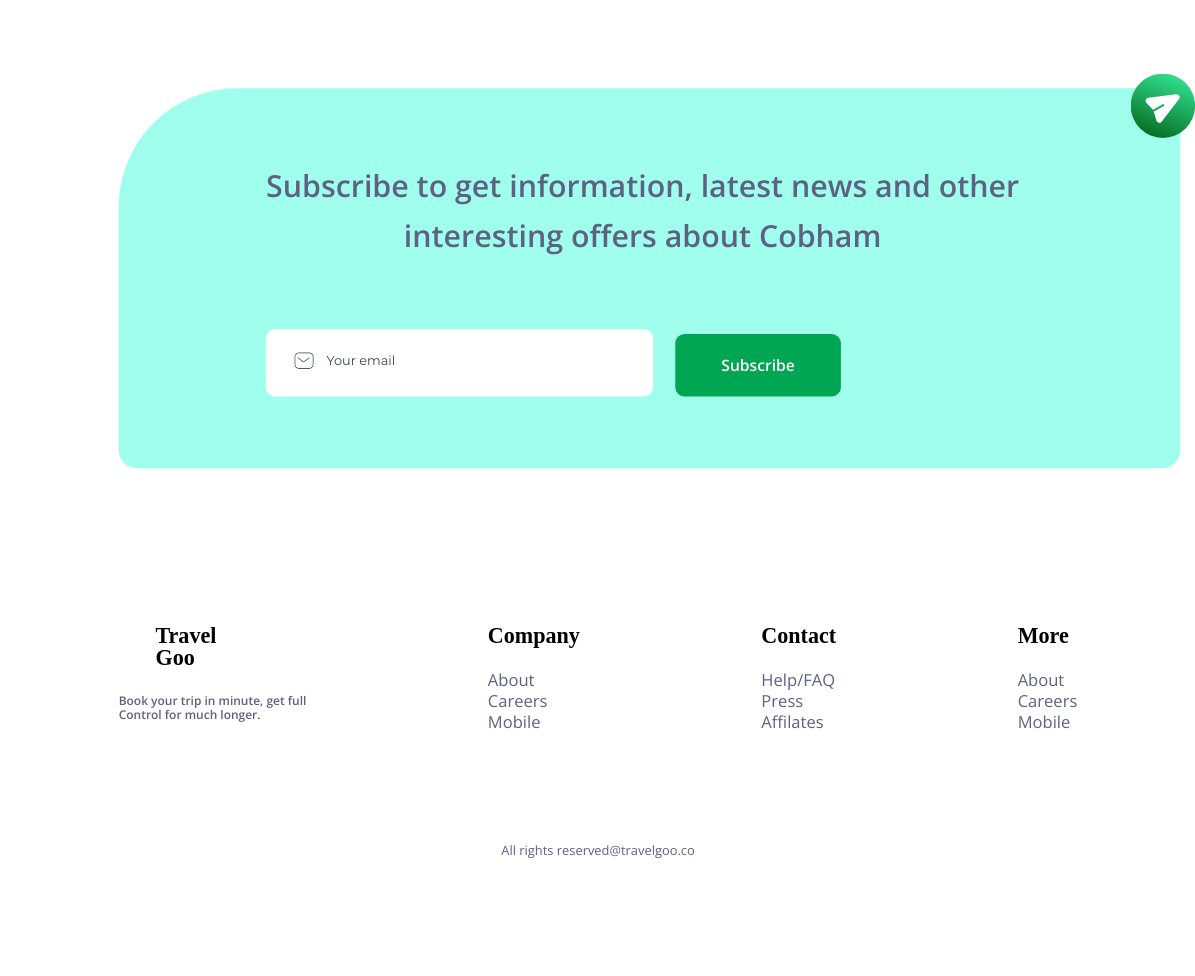
Repository: HeybetzadeQedim/task-5
Page: index.html
An editor plug-in stored every save of this project. The page is shown before and after a run of saves, followed by the edit.
The browser window is 1280 px wide. The page is 1299 px wide, so the pictures cover 1299 px, including what lies to the right of the window. The pictures show the whole page, at 92% of full size.
Some web fonts or font styles are not loaded; a fallback is used.

Above is the page before, as saved 2023-10-16 16:01:05.

After the next 2 saves:
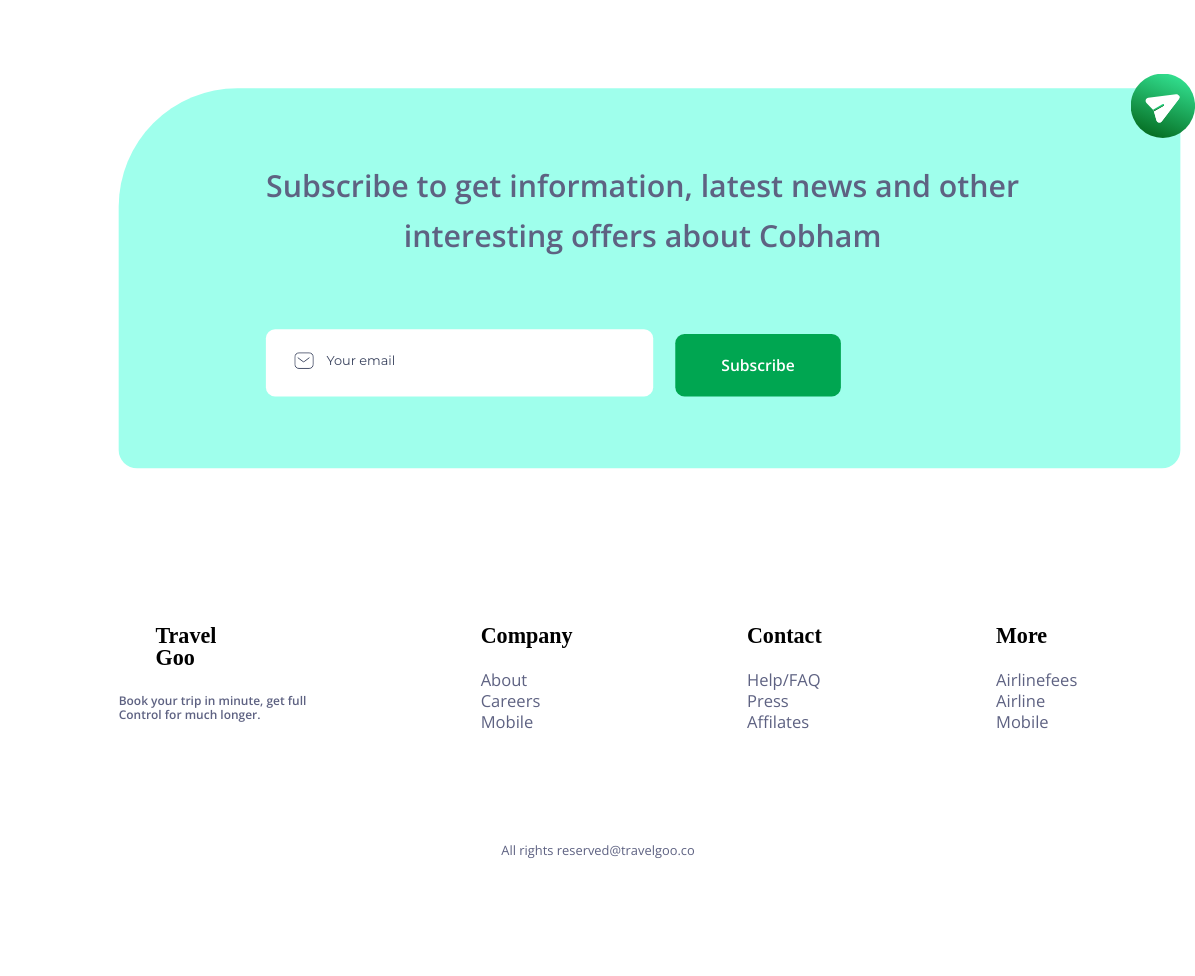
The 2 saves are shown as one change because they came seconds apart.
The last was saved 18 s later.
--- a/index.html
+++ b/index.html
@@ -59,8 +59,8 @@
             </ul>
             <ul>
                 <h2>More</h2>
-              <li>About</li>
-              <li>Careers</li>
+              <li>Airlinefees</li>
+              <li>Airline</li>
               <li>Mobile</li>
             </ul>
           <!-- <div class="li-container-2">
